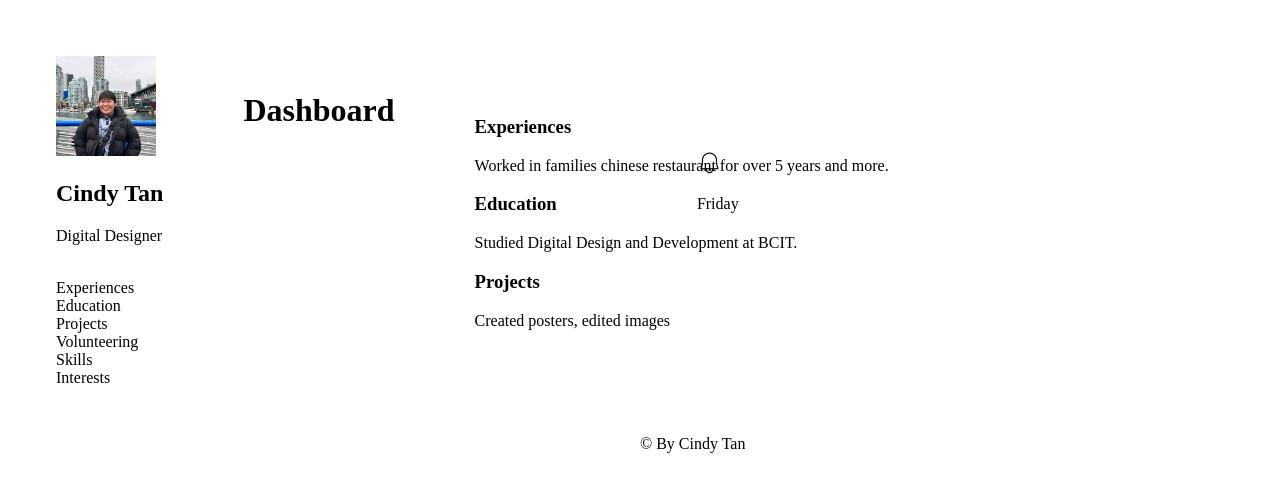
Repository: Cindy-tan/Assessment-_1
Page: /
The author's editor kept a copy of each file at every save. The page is drawn from the files as they stood at one save, then again after the next save.
The browser window is 1280 px wide. The pictures show the whole page.
The project was rebuilt for these pictures with package versions that can differ from the ones it lists, and the page was loaded fresh each time. The framework's server and built-in components were replaced by stand-ins that run in the browser. Also part of the build but not shown: next.config.js, components/Card/Card.module.css, components/SideNavigation/SideNavigation.module.css.

Above is the page before, as saved 2024-01-19 00:01:32.

After the next save:
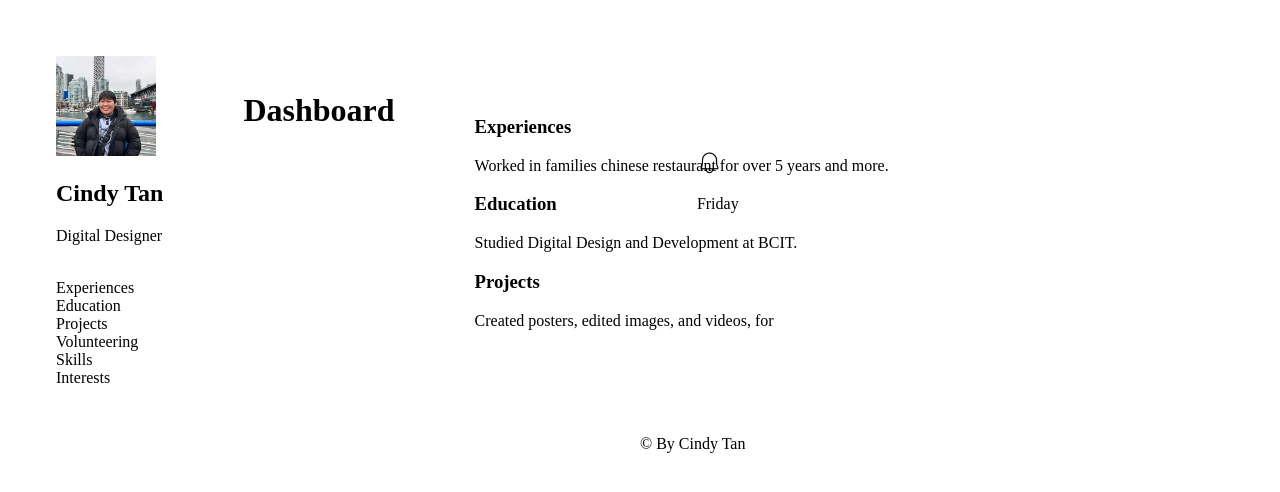
Saved 6 s later.
--- a/pages/index.js
+++ b/pages/index.js
@@ -32,7 +32,7 @@ export default function Home() {
         <div className={`${styles.card}`}>
           <Card title='Experiences' description='Worked in families chinese restaurant for over 5 years and more.'/>
           <Card title='Education' description='Studied Digital Design and Development at BCIT.'/>
-          <Card title='Projects' description='Created posters, edited images'/>
+          <Card title='Projects' description='Created posters, edited images, and videos, for '/>
         </div>
 
 
